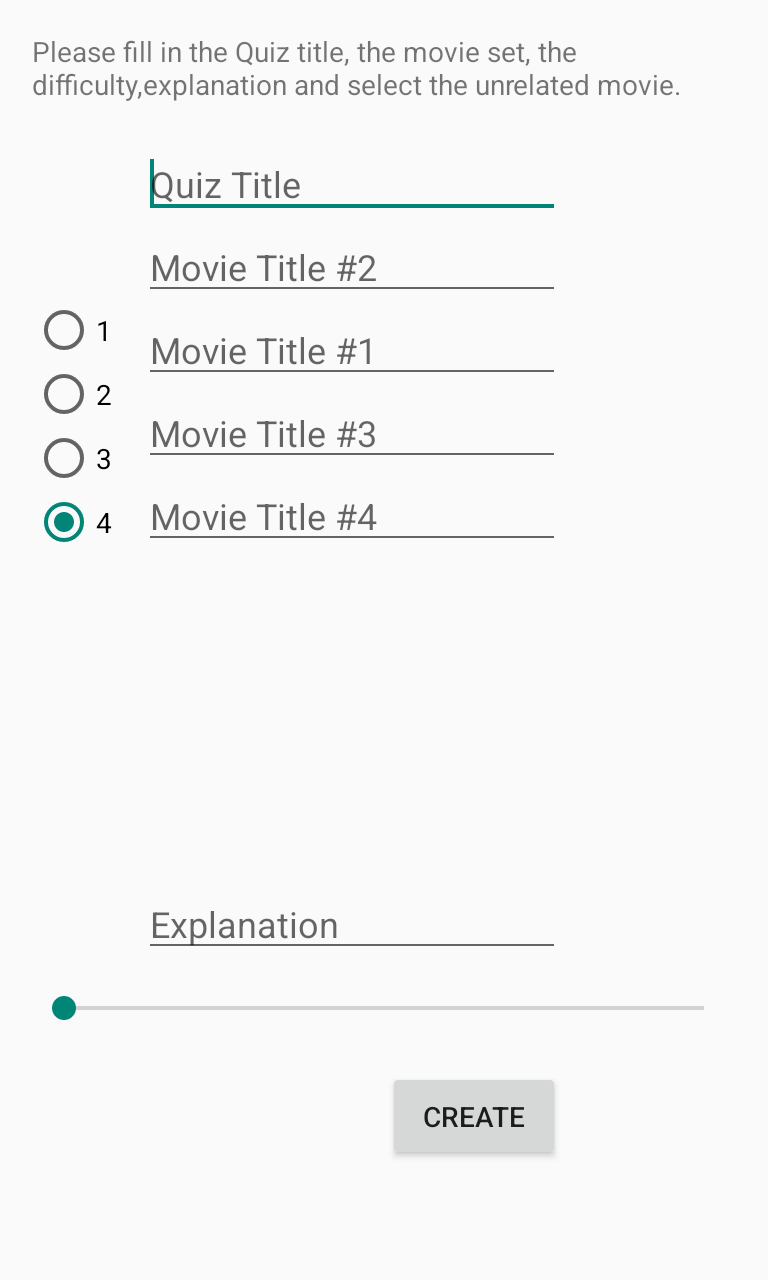
Repository: quantumlicht/android-capstone
Layout: capstone_client/res/layout/activity_create_quiz.xml
The author's editor kept a copy of each file at every save. The layout is drawn from the files as they stood at one save, then again after the next save.
It is drawn on a 768 x 1280 px phone screen (xhdpi) without system bars, with theme AppTheme; the app's code is not run.

Above is the layout before, as saved 2014-11-13 03:42:40.

After the next save:
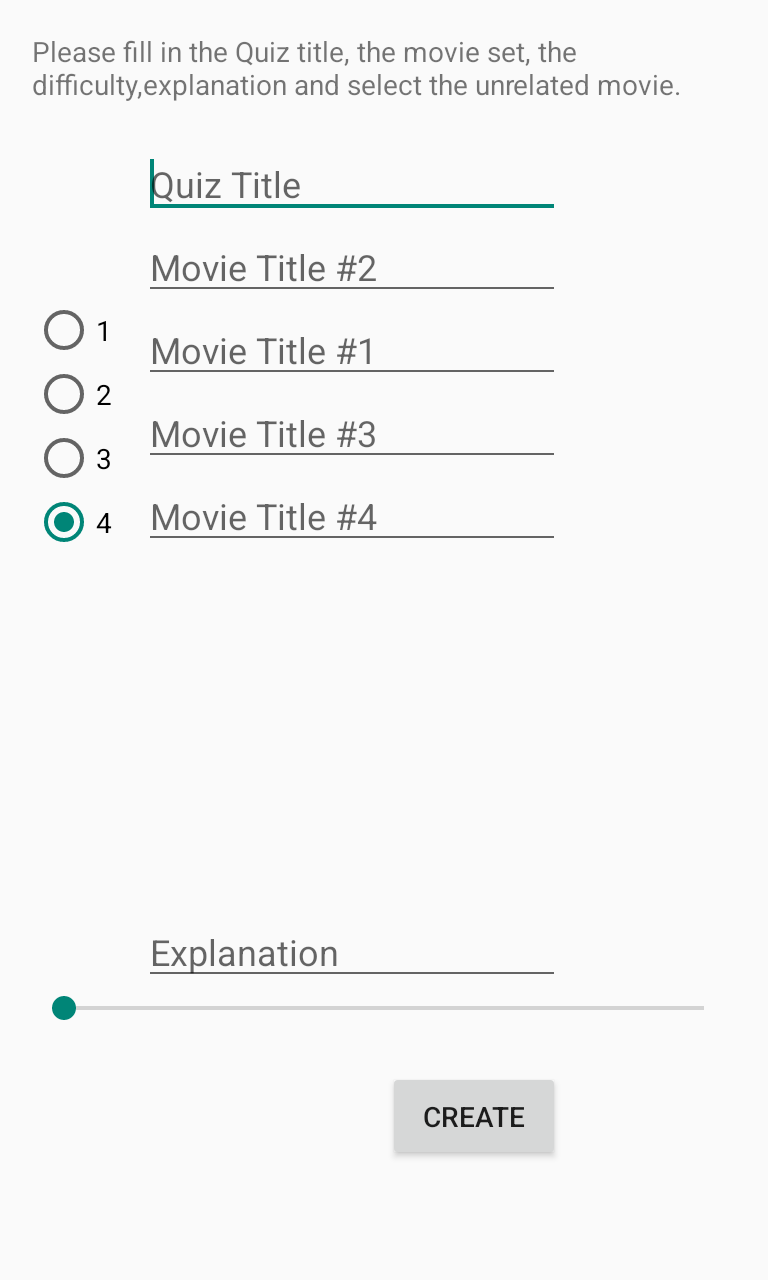
Saved 21 min 26 s later.
--- a/capstone_client/res/layout/activity_create_quiz.xml
+++ b/capstone_client/res/layout/activity_create_quiz.xml
@@ -113,16 +113,6 @@
         <requestFocus />
     </EditText>
 
-    <EditText
-        android:id="@+id/explanation"
-        android:layout_width="wrap_content"
-        android:layout_height="wrap_content"
-        android:layout_above="@+id/seekBar1"
-        android:layout_alignLeft="@+id/movie4"
-        android:layout_marginBottom="14dp"
-        android:ems="10"
-        android:hint="Explanation" />
-
     <Button
         android:id="@+id/submit_create"
         android:layout_width="wrap_content"
@@ -132,4 +122,13 @@
         android:layout_marginBottom="42dp"
         android:text="Create" />
 
+    <EditText
+        android:id="@+id/explanation"
+        android:layout_width="wrap_content"
+        android:layout_height="wrap_content"
+        android:layout_above="@+id/seekBar1"
+        android:layout_alignLeft="@+id/movie4"
+        android:ems="10"
+        android:hint="Explanation" />
+
 </RelativeLayout>
